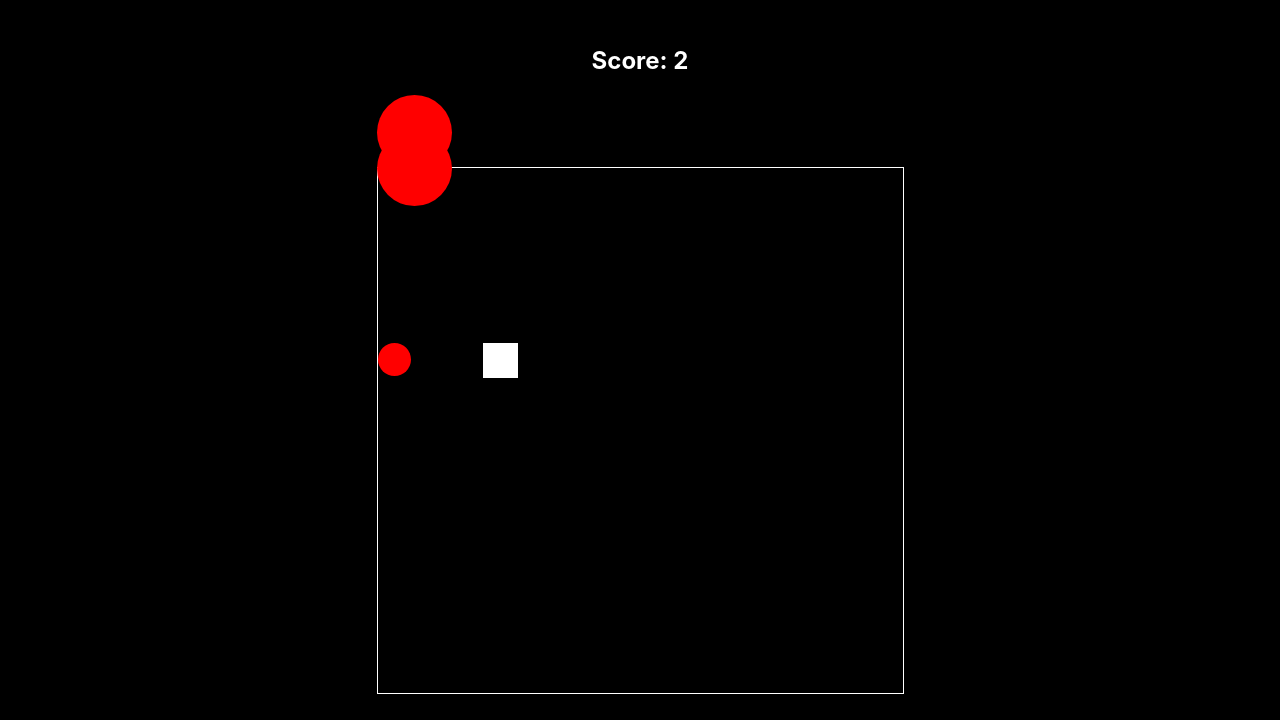
Repository: rehans-Life/linkedlist-snake-game
Page: /
The author's editor kept a copy of each file at every save. The page is drawn from the files as they stood at one save, then again after the next save.
The browser window is 1280 px wide. The pictures show the whole page.
The project was rebuilt for these pictures with package versions that can differ from the ones it lists, and the page was loaded fresh each time. The framework's server and built-in components were replaced by stand-ins that run in the browser. Also part of the build but not shown: next.config.js.

Above is the page before, as saved 2023-04-16 02:38:24.

### pages/index.js
import Head from "next/head";
import styles from "../styles/Home.module.css";
import Board from "../components/Board";

export default function Home() {
  return (
    <div className={styles.container}>
      <Head>
        <title>Linked List Snake Game</title>
        <meta name="description" content="linked list snake game" />
        <link rel="icon" href="/favicon.ico" />
      </Head>
      <Board />
    </div>
  );
}

### styles/globals.css
html,
body {
  padding: 0;
  margin: 0;
  font-family: -apple-system, BlinkMacSystemFont, Segoe UI, Roboto, Oxygen,
    Ubuntu, Cantarell, Fira Sans, Droid Sans, Helvetica Neue, sans-serif;
}

a {
  color: inherit;
  text-decoration: none;
}

* {
  box-sizing: border-box;
}

button {
  margin: 0;
  padding: 0;
}

### styles/Home.module.css
.container {
  background-color: rgb(0, 0, 0);
  height: 100vh;
  display: flex;
  align-items: center;
  justify-content: center;
}

.board {
  border: 1px solid white;
}

.score {
  color: white;
  width: 100%;
  text-align: center;
}

.row {
  display: flex;
  align-items: center;
  justify-content: center;
}

.cell {
  width: 35px;
  height: 35px;
}

.snake_cell {
  background-color: green;
}

.food_cell {
  position: relative;
}

.food_cell::before {
  content: "";
  height: 95%;
  position: absolute;
  width: 95%;
  border-radius: 50%;
  background-color: red;
}

.reverse_cell {
  position: relative;
}

.reverse_cell::before {
  content: "";
  height: 95%;
  position: absolute;
  width: 95%;
  border-radius: 50%;
  background-color: purple;
}

.head {
  background-color: white;
}

.circle {
  content: "";
  height: 75px;
  position: absolute;
  width: 75px;
  border-radius: 50%;
}

.reverse {
  background-color: purple;
}

.food {
  background-color: red;
}

### components/Board.jsx
/* eslint-disable react-hooks/exhaustive-deps */
import React, { useEffect, useState } from "react";
import styles from "../styles/Home.module.css";
import { createBoard, randomIntInIntervel } from "../utils";

const BOARD_SIZE = 10;

// A Class to represent each node of the linked list
class Node {
  constructor(value, row, col) {
    this.value = value;
    this.row = row;
    this.col = col;
    this.next = null;
  }
}

// A class to represent the singly linked list
class SinglyLinkedList {
  constructor(head) {
    let node = new Node(head.value, head.row, head.col);
    this.head = node;
    this.tail = node;
  }
}

const Direction = {
  UP: "UP",
  RIGHT: "RIGHT",
  DOWN: "DOWN",
  LEFT: "LEFT",
};

const reverseDirection = {
  UP: "DOWN",
  RIGHT: "LEFT",
  DOWN: "UP",
  LEFT: "RIGHT",
};

export default function Board() {
  const [board, setBoard] = useState(createBoard(15));

  // A set to store the values of all snake cells intially our snake will be of size
  // one cell and start from the 44th cells.
  const [snakeCells, setSnakeCells] = useState(new Set([80]));

  // A linked list for our snake initally going to have only one node which
  // is at cell 44.
  const [linkedlist, setLinkedList] = useState(
    new SinglyLinkedList({ value: 80, row: 5, col: 4 })
  );

  const [foodCell, setFoodCell] = useState(85);
  const [direction, setDirection] = useState(Direction.RIGHT);

  const [reverseLinkedList, setReverseLinkedList] = useState(false);
  const [counter, setCounter] = useState(0);

  useEffect(() => {
    window.addEventListener("keydown", (e) => {
      handleKeyDown(e.key);
    });
    let gameStartInternal = setInterval(() => {
      setLinkedList((currLinkedList) => moveLinkedList(currLinkedList));
    }, 250);
    return () => {
      clearInterval(gameStartInternal);
    };
  }, [direction, foodCell, snakeCells]);

  useEffect(() => {
    setSnakeCells((currSnakeCells) => moveSnakeCells(currSnakeCells));
  }, [linkedlist]);

  useEffect(() => {
    setCounter((curr) => curr + 1);
  }, [foodCell]);

  function handleKeyDown(key) {
    const direction = getDirectionFromKey(key);
    if (direction === "") return;
    setDirection(direction);
  }

  const getDirectionFromKey = (key) => {
    if (key === "ArrowUp") return Direction.UP;
    if (key === "ArrowRight") return Direction.RIGHT;
    if (key === "ArrowDown") return Direction.DOWN;
    if (key === "ArrowLeft") return Direction.LEFT;
    return "";
  };

  function moveLinkedList(originalLinkedlist) {
    let linkedList = copyLinkedList(originalLinkedlist);
    let currHead = linkedList.head;
    let newHead = createNewNodeInDirection(board, currHead);

    if (!newHead) {
      setFoodCell(85);
      setDirection(Direction.RIGHT);
      setCounter(0);
      return new SinglyLinkedList({ value: 80, row: 5, col: 4 });
    }

    currHead.next = newHead;
    if (newHead.value === foodCell) {
      if (reverseLinkedList) {
        let reversedLinkedList = createReverseLinkedList(linkedList);
        let newDirection = newReverseDirection(originalLinkedlist.tail);
        setDirection(newDirection);
        while (true) {
          let newFoodCell = randomIntInIntervel(1, board[14][14]);
          if (!snakeCells.has(newFoodCell)) {
            setReverseLinkedList(Math.random() < 0.3);
            setFoodCell(newFoodCell);
            break;
          }
        }
        return { head: reversedLinkedList.head, tail: currHead };
      }

      let growthCell = createNewNodeForGrowth(board, linkedList.tail);
      let temp = linkedList.tail;
      linkedList.tail = growthCell;
      linkedList.tail.next = temp;

      while (true) {
        let newFoodCell = randomIntInIntervel(1, board[14][14]);
        if (!snakeCells.has(newFoodCell)) {
          setReverseLinkedList(Math.random() < 0.3);
          setFoodCell(newFoodCell);
          break;
        }
      }
    }
    return { head: newHead, tail: linkedList.tail.next };
  }

  function newReverseDirection(currHead) {
    let newDirection;
    let nextToHead = currHead.next;

    if (!nextToHead) {
      if (direction === "RIGHT") newDirection = reverseDirection["RIGHT"];
      else if (direction === "LEFT") newDirection = reverseDirection["LEFT"];
      else if (direction === "UP") newDirection = reverseDirection["UP"];
      else newDirection = reverseDirection["DOWN"];
      return newDirection;
    }

    if (direction === "RIGHT") {
      if (nextToHead.col === currHead.col - 1) {
        newDirection = "RIGHT";
      } else {
        newDirection = "LEFT";
      }
    }

    if (direction === "LEFT") {
      if (nextToHead.col === currHead.col + 1) {
        newDirection = "LEFT";
      } else {
        newDirection = "RIGHT";
      }
    }

    if (direction === "UP") {
      if (nextToHead.row === currHead.row + 1) {
        newDirection = "UP";
      } else {
        newDirection = "DOWN";
      }
    }

    if (direction === "DOWN") {
      if (nextToHead.row === currHead.row - 1) {
        newDirection = "DOWN";
      } else {
        newDirection = "UP";
      }
    }
    return newDirection;
  }

  function createReverseLinkedList(linkedList) {
    let tail = linkedList.tail;
    let curr = null;
    let prev = tail;

    while (prev) {
      let temp = prev.next;
      prev.next = curr;
      curr = prev;
      prev = temp;
    }

    return { head: tail, tail: curr };
  }

  function createNewNodeForGrowth(board, currTail) {
    let newTail;
    if (direction === "LEFT")
      newTail = new Node(
        board[currTail.row][currTail.col + 1],
        currTail.row,
        currTail.col + 1
      );
    else if (direction === "RIGHT")
      newTail = new Node(
        board[currTail.row][currTail.col - 1],
        currTail.row,
        currTail.col - 1
      );
    else if (direction === "DOWN") {
      if (currTail.row - 1 < 0) {
        newTail = new Node(
          board[currTail.row + 1][currTail.col],
          currTail.row + 1,
          currTail.col
        );
      } else {
        newTail = new Node(
          board[currTail.row - 1][currTail.col],
          currTail.row - 1,
          currTail.col
        );
      }
    } else if (direction === "UP") {
      if (currTail.row + 1 >= 15) {
        newTail = new Node(
          board[currTail.row - 1][currTail.col],
          currTail.row - 1,
          currTail.col
        );
      } else {
        newTail = new Node(
          board[currTail.row + 1][currTail.col],
          currTail.row + 1,
          currTail.col
        );
      }
    }

    return newTail;
  }

  function createNewNodeInDirection(board, currHead) {
    let newHead = false;
    if (
      direction === "LEFT" &&
      currHead.col - 1 >= 0 &&
      !snakeCells.has(board[currHead.row][currHead.col - 1])
    )
      newHead = new Node(
        board[currHead.row][currHead.col - 1],
        currHead.row,
        currHead.col - 1
      );
    else if (
      direction === "RIGHT" &&
      currHead.col + 1 < 15 &&
      !snakeCells.has(board[currHead.row][currHead.col + 1])
    )
      newHead = new Node(
        board[currHead.row][currHead.col + 1],
        currHead.row,
        currHead.col + 1
      );
    else if (
      direction === "DOWN" &&
      currHead.row + 1 < 15 &&
      !snakeCells.has(board[currHead.row + 1][currHead.col])
    )
      newHead = new Node(
        board[currHead.row + 1][currHead.col],
        currHead.row + 1,
        currHead.col
      );
    else if (
      direction === "UP" &&
      currHead.row - 1 >= 0 &&
      !snakeCells.has(board[currHead.row - 1][currHead.col])
    )
      newHead = new Node(
        board[currHead.row - 1][currHead.col],
        currHead.row - 1,
        currHead.col
      );
    return newHead;
  }

  function copyLinkedList(linkedList) {
    let node = linkedList.tail;
    let newNode = new Node(node.value, node.row, node.col);
    let newTail = newNode;
    while (node.next) {
      let next = node.next;
      let newNext = new Node(next.value, next.row, next.col);
      node = next;
      newNode.next = newNext;
      newNode = newNext;
    }
    return {
      head: newNode,
      tail: newTail,
    };
  }

  function moveSnakeCells() {
    let movedSnake = [];
    let node = linkedlist.tail;

    while (node) {
      movedSnake.push(node.value);
      node = node.next;
    }
    movedSnake.reverse();
    return new Set(movedSnake);
  }

  const infos = [
    {
      color: "purple",
      text: "Reverses the Linked List",
    },
    {
      color: "red",
      text: "Adds a node to theLinked List",
    },
  ];

  const Info = ({ text, color }) => {
    return (
      <div>
        <div
          className={`${styles.circle} ${
            color === "Purple" ? styles.reverse : styles.food
          }`}
        ></div>
        <p className={styles.text}>{text}</p>
      </div>
    );
  };

  return (
    <div>
      <h2 className={styles.score}>Score: {counter}</h2>
      <div className={styles.infos}>
        {infos.map(({ color, text }, index) => (
          <Info text={text} color={color} key={index} />
        ))}
      </div>
      <div className={styles.board}>
        {board.map((row, i) => (
          <div key={i} className={styles.row}>
            {row.map((value, j) => (
              <div
                key={j}
                className={`${styles.cell} ${
                  linkedlist.head.value === value
                    ? styles.head
                    : snakeCells.has(value)
                    ? styles.snake_cell
                    : reverseLinkedList && value === foodCell
                    ? styles.reverse_cell
                    : value === foodCell
                    ? styles.food_cell
                    : ""
                }`}
              ></div>
            ))}
          </div>
        ))}
      </div>
    </div>
  );
}

### utils.js
export const randomIntInIntervel = (max, min) => {
  return Math.floor(Math.random() * (max - min + 1)) + min;
};

export const createBoard = (board_size) => {
  // All the cells which have a certain value assigned to them
  let board = [];
  let counter = 1;
  for (let i = 0; i < board_size; i++) {
    let row = [];
    for (let j = 0; j < board_size; j++) row.push(counter++);
    board.push(row);
  }
  return board;
};

Loaded but not shown: pages/_app.js (common file)

After the next save:
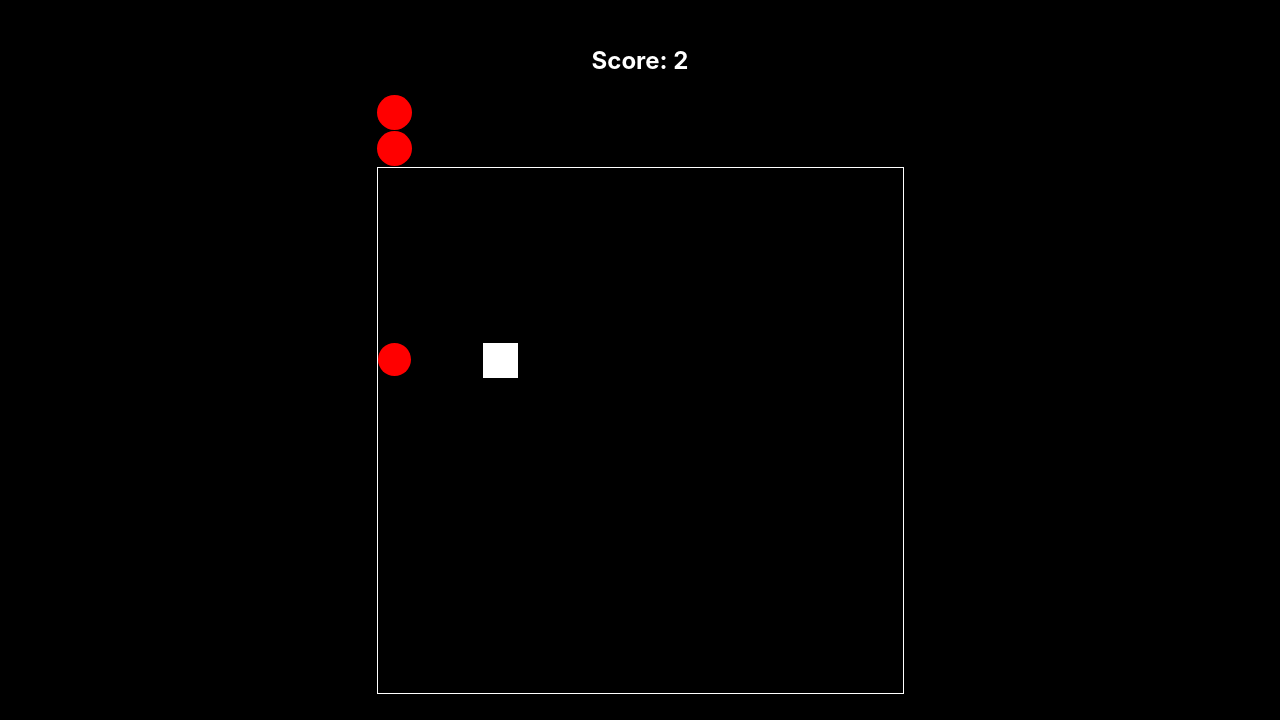
Saved 11 s later.
--- a/styles/Home.module.css
+++ b/styles/Home.module.css
@@ -63,9 +63,9 @@
 
 .circle {
   content: "";
-  height: 75px;
+  height: 35px;
   position: absolute;
-  width: 75px;
+  width: 35px;
   border-radius: 50%;
 }
 
